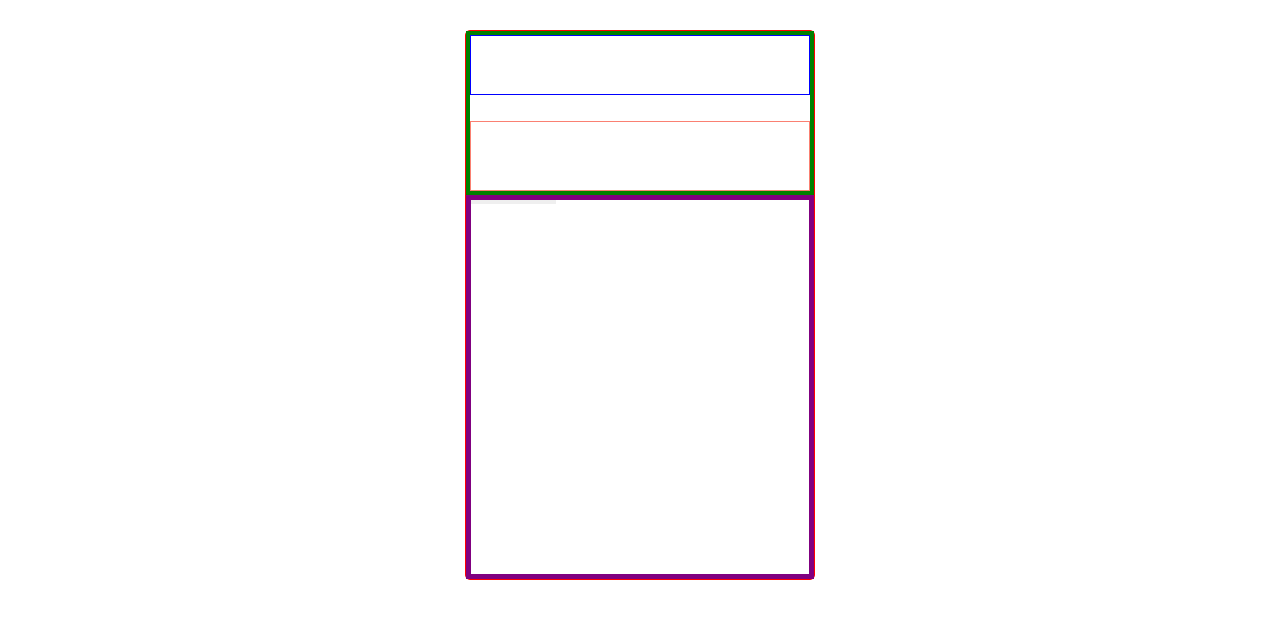
Repository: OfirLana/Calculator
Page: index.html
These files come from the project's save history. The page is drawn as it stood at one moment and after the next save; the edit follows.
The browser window is 1280 px wide. The pictures show the whole page.

Above is the page before, as saved 2019-03-12 18:17:17.

### index.html
<!DOCTYPE html>
<html lang="en">

<head>
    <meta charset="UTF-8">
    <meta name="viewport" content="width=device-width, initial-scale=1.0">
    <meta http-equiv="X-UA-Compatible" content="ie=edge">
    <link href="https://fonts.googleapis.com/css?family=Lato:100,300,400,700,900" rel="stylesheet">
    <title>Document</title>
    <link rel="stylesheet" href="style.css">
</head>

<body>
    <div class="calculator">
        <div class="output_box">
            <div class="main_output">
                <span class="main_output_text">

                </span>
            </div>
            <div class="sub_output">
                <span class="sub_output_text">

                </span>
            </div>
        </div>


        <div class="opeartor_box">
            <button class="opeartor_button"></button>


        </div>








    </div>
    <script src="index.js"></script>
</body>

</html>

### style.css
* {
    margin: 0;
    padding: 0;
    box-sizing: border-box;
}

html {
    font-size: 62.5%;
}

body {
    font-family: "Lato", sans-serif;
    font-weight: 400;
    font-size: 1.6rem;
    line-height: 1.7;
    color: #777;
    padding: 3rem;
}

.calculator {
    display: flex;
    flex-direction: column;
    margin: 0 auto;
    width: 35rem;
    height: 55rem;
    border: 1px solid red;
    border-radius: 5px;
}

.output_box {
    display: flex;
    flex-direction: column;
    flex-basis: 30%;
    border: 4px solid green;
    width: 100%;
    justify-content: space-between
}

.main_output {
    display: flex;
    border: 1px solid blue;
    height: 6rem;
    /* background:blue; */

}

.sub_output {
    display: flex;
    border: 1px solid salmon;
    height: 7rem;
    /* background:red; */
}

.opeartor_box{
    display:flex;
    flex-direction: column;
    width:100%;
    border:5px solid purple;
    flex-basis:70%;
}

.opeartor_button{
    width:25%;
    height:
}

Loaded but not shown: index.js (no copy from this time; the picture is the same without it)

After the next save:
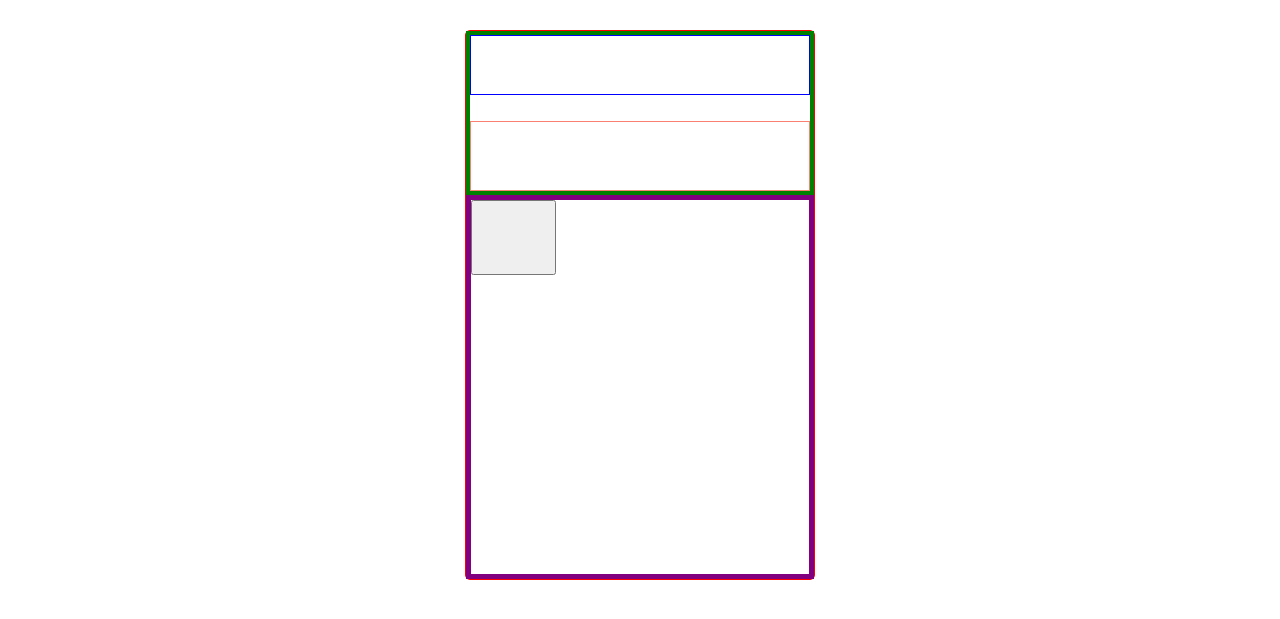
Saved 13 s later.
--- a/style.css
+++ b/style.css
@@ -61,5 +61,5 @@ body {
 
 .opeartor_button{
     width:25%;
-    height:
+    height:20%;
 }
